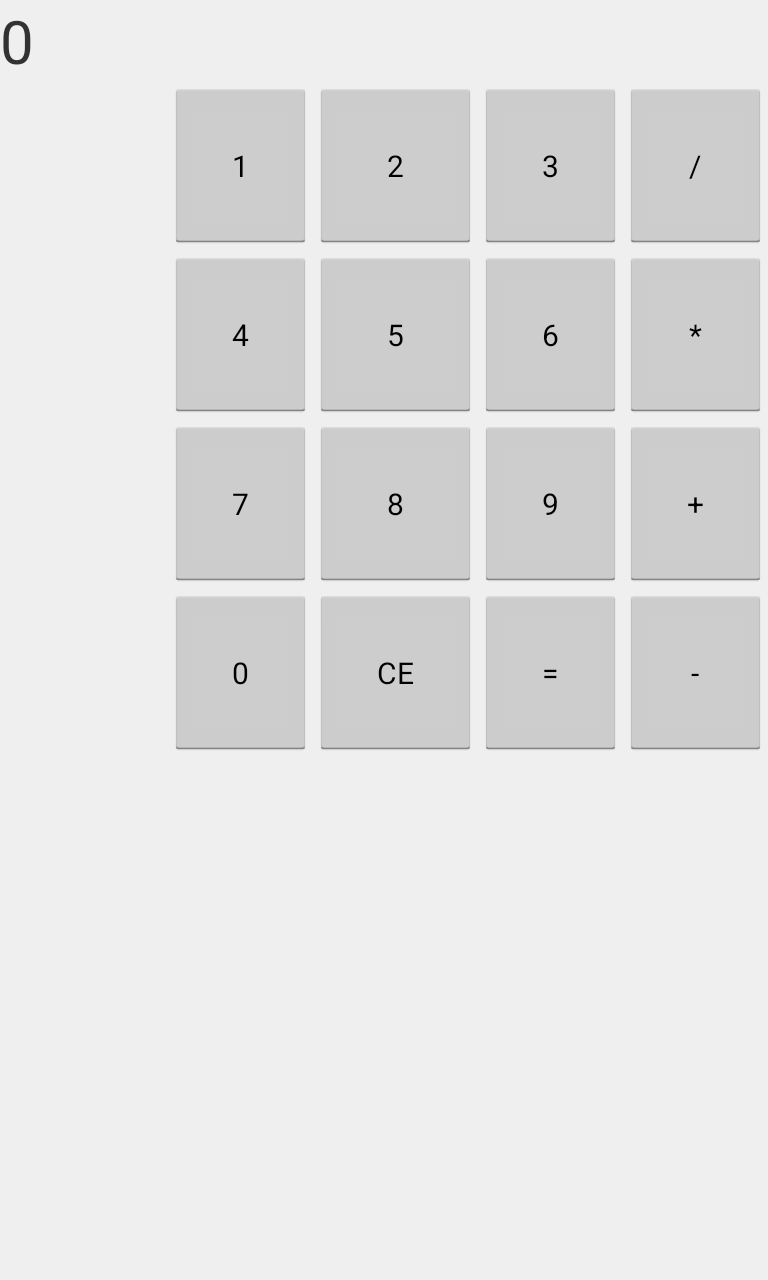
Repository: yrosascu/CursoAndroid
Layout: CalculadoraAndroid/res/layout/activity_calculator_main.xml
The author's editor kept a copy of each file at every save. The layout is drawn from the files as they stood at one save, then again after the next save.
It is drawn on a 768 x 1280 px phone screen (xhdpi) without system bars, with theme AppTheme; the app's code is not run.

Above is the layout before, as saved 2013-05-17 05:57:08.

After the next save:
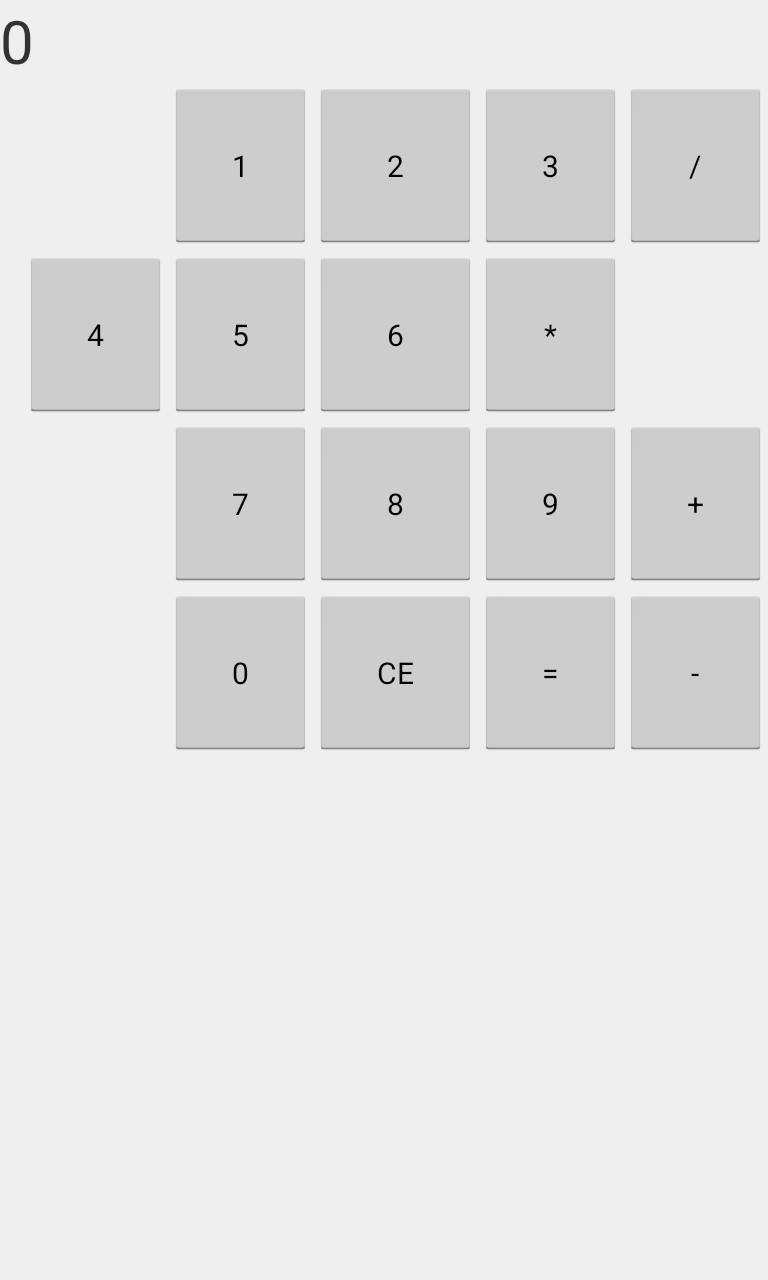
Saved 69 s later.
--- a/CalculadoraAndroid/res/layout/activity_calculator_main.xml
+++ b/CalculadoraAndroid/res/layout/activity_calculator_main.xml
@@ -63,7 +63,7 @@
 	</TableRow>
 		<TableRow>
 			<Button
-				android:layout_column="4"
+				android:layout_column="3"
 				android:id="@+id/Boton4"
 				android:layout_width="wrap_content"
 				android:layout_height="wrap_content"
@@ -73,7 +73,7 @@
 				>
 			</Button>
 			<Button
-				android:layout_column="4"
+				android:layout_column="3"
 				android:id="@+id/Boton5"
 				android:layout_width="wrap_content"
 				android:layout_height="wrap_content"
@@ -85,7 +85,7 @@
 
 			</Button>
 			<Button
-				android:layout_column="4"
+				android:layout_column="3"
 				android:id="@+id/Boton6"
 				android:layout_width="wrap_content"
 				android:layout_height="wrap_content"
@@ -97,7 +97,7 @@
 
 			</Button>
 			<Button
-				android:layout_column="4"
+				android:layout_column="3"
 				android:id="@+id/Botonmulti"
 				android:layout_width="wrap_content"
 				android:layout_height="wrap_content"

After the save that followed:
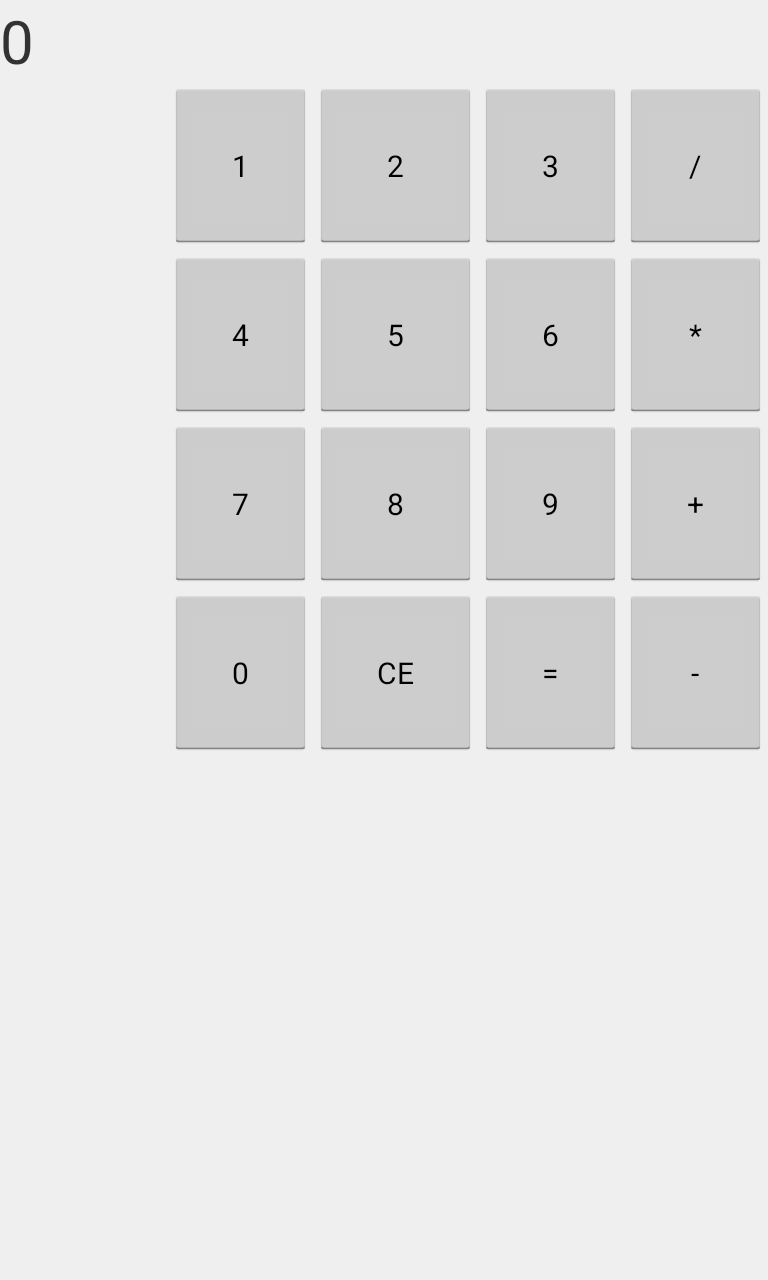
Saved 2 min 31 s later.
--- a/CalculadoraAndroid/res/layout/activity_calculator_main.xml
+++ b/CalculadoraAndroid/res/layout/activity_calculator_main.xml
@@ -31,7 +31,7 @@
 
 		</Button>
 		<Button
-			android:layout_column="4"
+			android:layout_column="3"
 			android:id="@+id/Boton2"
 			android:layout_width="wrap_content"
 			android:layout_height="wrap_content"
@@ -40,7 +40,7 @@
 			android:padding="32dp"
 		> </Button>
 		<Button
-			android:layout_column="4"
+			android:layout_column="2"
 			android:id="@+id/Boton3"
 			android:layout_width="wrap_content"
 			android:layout_height="wrap_content"
@@ -50,7 +50,7 @@
 
 		> </Button>
 		<Button
-			android:layout_column="4"
+			android:layout_column="1"
 			android:id="@+id/Botondiv"
 			android:layout_width="wrap_content"
 			android:layout_height="wrap_content"
@@ -63,7 +63,7 @@
 	</TableRow>
 		<TableRow>
 			<Button
-				android:layout_column="3"
+				android:layout_column="4"
 				android:id="@+id/Boton4"
 				android:layout_width="wrap_content"
 				android:layout_height="wrap_content"
@@ -85,7 +85,7 @@
 
 			</Button>
 			<Button
-				android:layout_column="3"
+				android:layout_column="2"
 				android:id="@+id/Boton6"
 				android:layout_width="wrap_content"
 				android:layout_height="wrap_content"
@@ -97,7 +97,7 @@
 
 			</Button>
 			<Button
-				android:layout_column="3"
+				android:layout_column="1"
 				android:id="@+id/Botonmulti"
 				android:layout_width="wrap_content"
 				android:layout_height="wrap_content"
@@ -124,7 +124,7 @@
 			</Button>
 
 			<Button
-				android:layout_column="4"
+				android:layout_column="3"
 				android:id="@+id/Boton8"
 				android:layout_width="wrap_content"
 				android:layout_height="wrap_content"
@@ -137,7 +137,7 @@
 			</Button>
 
 			<Button
-				android:layout_column="4"
+				android:layout_column="2"
 				android:id="@+id/Boton9"
 				android:layout_width="wrap_content"
 				android:layout_height="wrap_content"
@@ -149,7 +149,7 @@
 
 			</Button>
 			<Button
-				android:layout_column="4"
+				android:layout_column="1"
 				android:id="@+id/Botonsuma"
 				android:layout_width="wrap_content"
 				android:layout_height="wrap_content"
@@ -174,7 +174,7 @@
 			</Button>
 
 			<Button
-			    android:layout_column="4"
+			    android:layout_column="3"
 			    android:id="@+id/CE"
 			    android:layout_width="wrap_content"
 			    android:layout_height="wrap_content"
@@ -183,7 +183,7 @@
 			    android:textSize="15dp" />
 
 			<Button
-			    android:layout_column="4"
+			    android:layout_column="2"
 			    android:id="@+id/Botonigual"
 			    android:layout_width="wrap_content"
 			    android:layout_height="wrap_content"
@@ -192,7 +192,7 @@
 			    android:textSize="15dp" />
 
 			<Button
-			    android:layout_column="4"
+			    android:layout_column="1"
 			    android:id="@+id/Botonresta"
 			    android:layout_width="wrap_content"
 			    android:layout_height="wrap_content"
